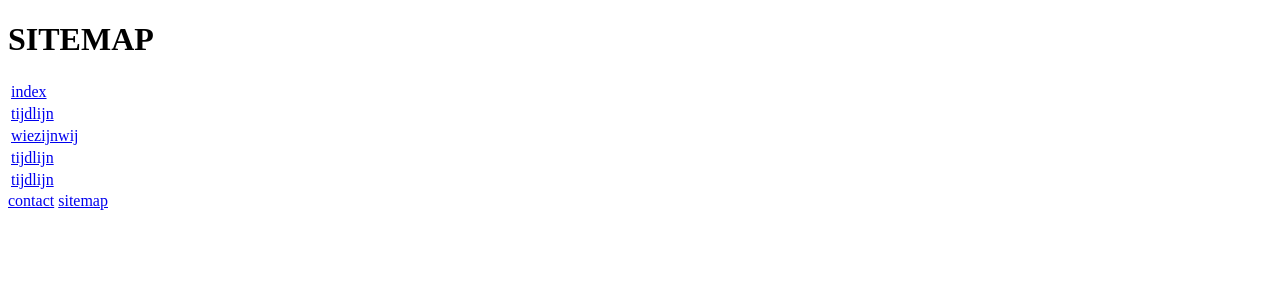
Repository: w1-knippenbergluuk/Applicatieontwikkelaar-2015-2016
Page: http://localhost/sitemap.php
The author's editor kept a record of every edit. The page is drawn from the files as they stood at one moment, then again after the next edit.
The browser window is 1280 px wide. The pictures show the whole page.
The page is run by PHP 8.4 with error messages shown; the project is at /var/www/html/.

Above is the page before.

After the next edit:
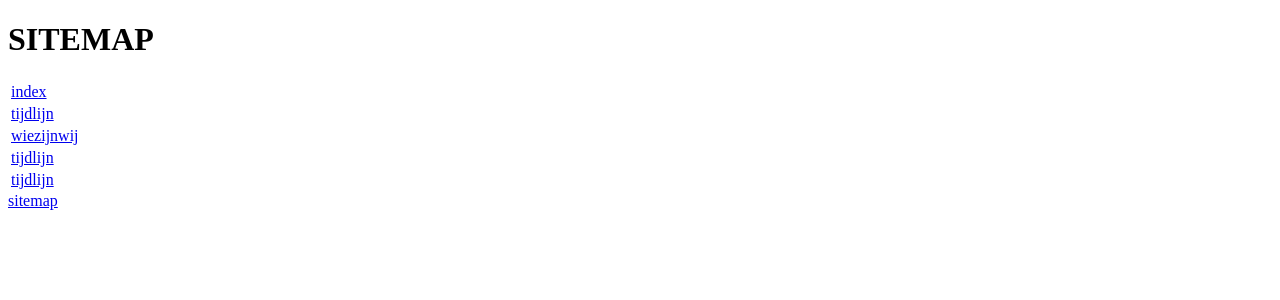
The edit:
--- a/Luuk/Periode1/Project/sitemap.php
+++ b/Luuk/Periode1/Project/sitemap.php
@@ -26,7 +26,7 @@
 
 
 
-        <a href="contact.php">contact</a>
+
         <a href="sitemap.php">sitemap</a>
     </body>
 </html>
